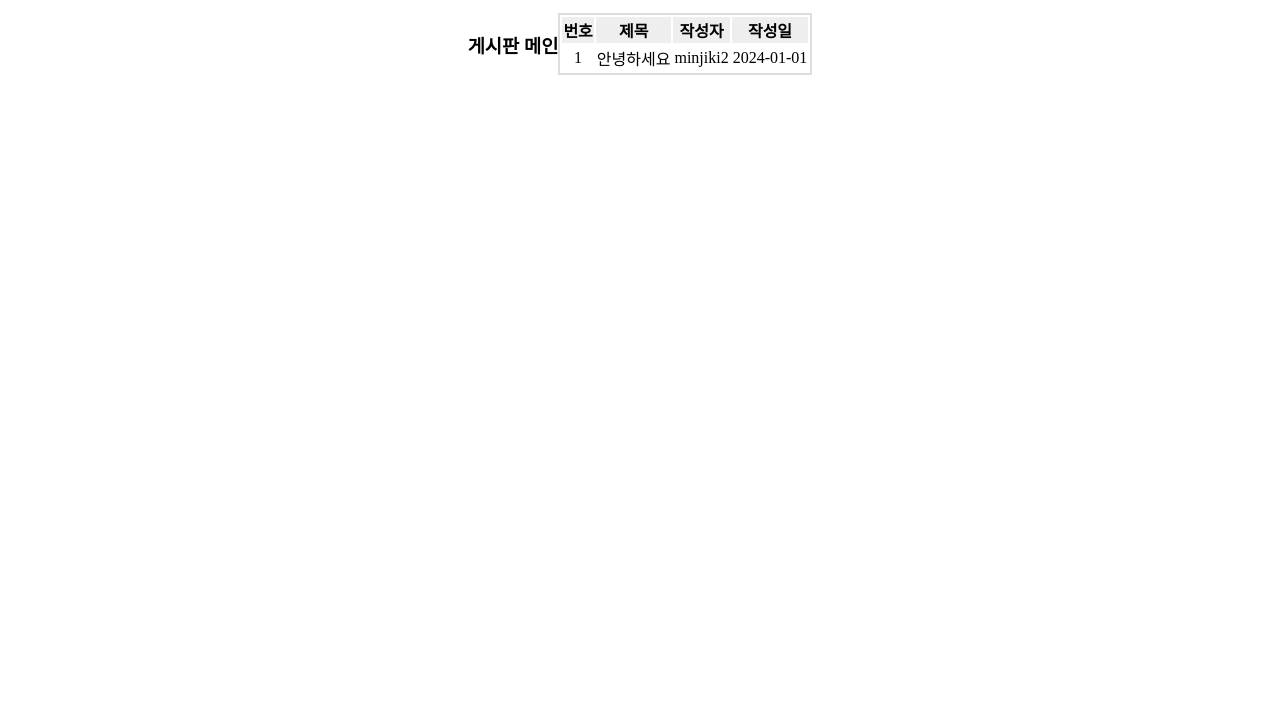
Repository: minjikimkim2222/BBS
Page: http://localhost/BBS/bbs.jsp
These files come from the project's save history. The page is drawn as it stood at one moment and after the next save; the edit follows.
The browser window is 1280 px wide. The pictures show the whole page.
The page is served by Tomcat 9.

Above is the page before, as saved 2024-01-01 13:10:35.

After the next save:
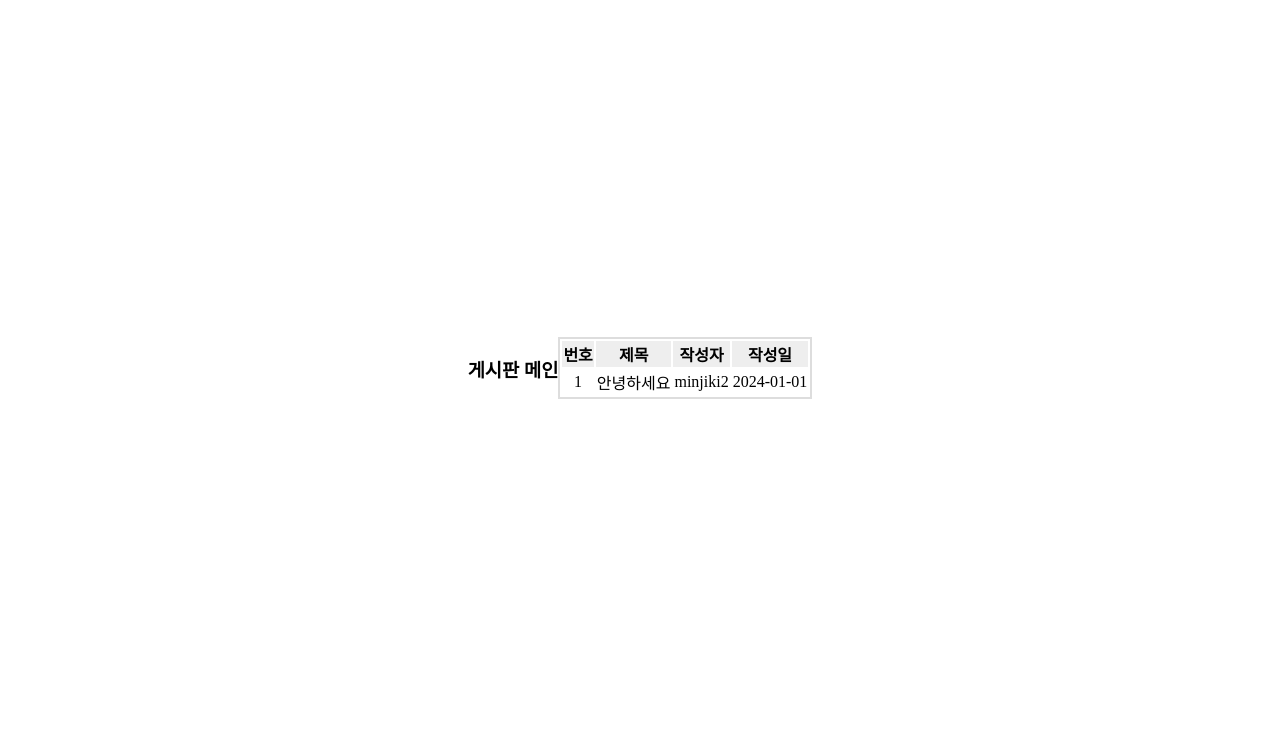
Saved 8 s later.
--- a/BBS/src/main/webapp/bbs.jsp
+++ b/BBS/src/main/webapp/bbs.jsp
@@ -13,7 +13,7 @@
             display: flex;
             justify-content: center;
             align-items: center;
-            height: 10vh;
+            height: 100vh;
         }
 	</style>
 	<title>bbs 게시판 화면</title>
